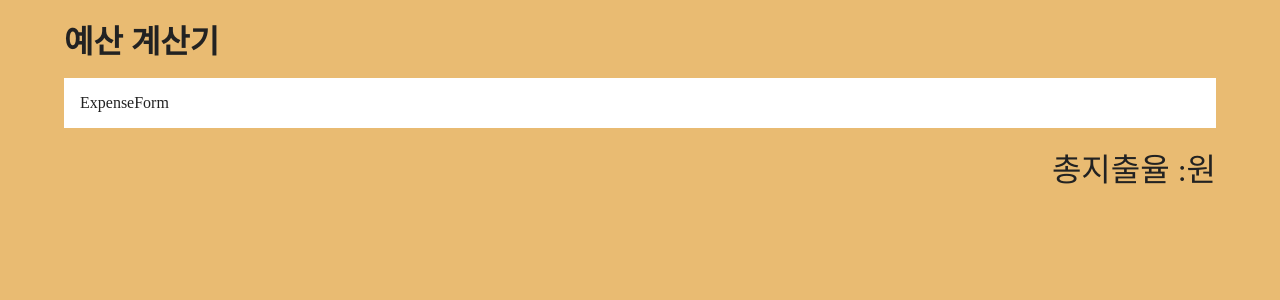
Repository: jongheonleee/budget_calculator
Page: /
An editor plug-in stored every save of this project. The page is shown before and after a run of saves, followed by the edit.
The browser window is 1280 px wide. The pictures show the whole page.
The project was rebuilt for these pictures with package versions that can differ from the ones it lists, and the page was loaded fresh each time.

Above is the page before, as saved 2025-02-07 21:39:27.

### src/index.css
:root {
  --primaryColor : #90A959;
  --secondColor : #e9bb72;
  --mainWhite : #fff;
  --mainBlack : #222;
  --mainRed : #C45151;
  --mainGreen : #4CAF50;
}

* {
  margin: 0;
  box-sizing: border-box;
}

body {
  background: var(--secondColor);
  color: var(--mainBlack);
}

h1 {
  margin: 1rem 0;
}

### src/App.js
import { Component } from "react";
import "./App.css";
import ExpenseForm from "./components/ExpenseForm";


class App extends Component {

  render() {
    return (
      <main className="main-container">
        <h1>예산 계산기</h1>

        <div style={{ width:'100%', backgroundColor : 'white', padding: '1rem'}}>
          <ExpenseForm />
        </div>

        <div style={{ display : 'flex', justifyContent: 'end', marginTop: '1rem'}}>
          <p style={{ fontSize : '2rem'}}>
            총지출율 :
            <span>원</span>
          </p>
        </div>
      </main>
    )
  }
}

export default App;

### src/components/ExpenseForm.js
import React, { Component } from 'react'

export class ExpenseForm extends Component {
  render() {
    return (
      <div>ExpenseForm</div>
    )
  }
}

export default ExpenseForm

Loaded but not shown: public/index.html (common file); src/index.js (common file); src/reportWebVitals.js (common file); src/App.css (common file)

After the next 2 saves:
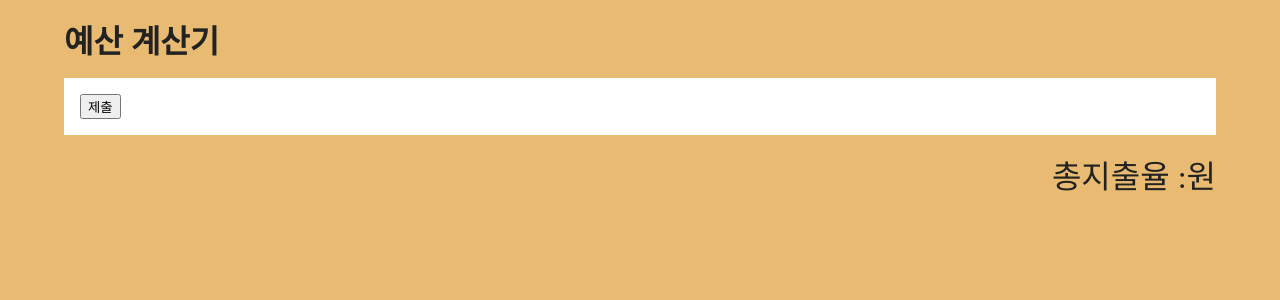
The 2 saves are shown as one change because 1 did not build or start.
The last was saved 117 s later.
--- a/src/components/ExpenseForm.js
+++ b/src/components/ExpenseForm.js
@@ -3,7 +3,18 @@ import React, { Component } from 'react'
 export class ExpenseForm extends Component {
   render() {
     return (
-      <div>ExpenseForm</div>
+      <form>
+        <div>
+            <div className='form-center'>
+                <div className='form-group'></div>
+                <div className='form-group'></div>
+            </div>
+        </div>
+
+        <button tpye='submit' className='btn'>
+            제출
+        </button>
+      </form>
     )
   }
 }
